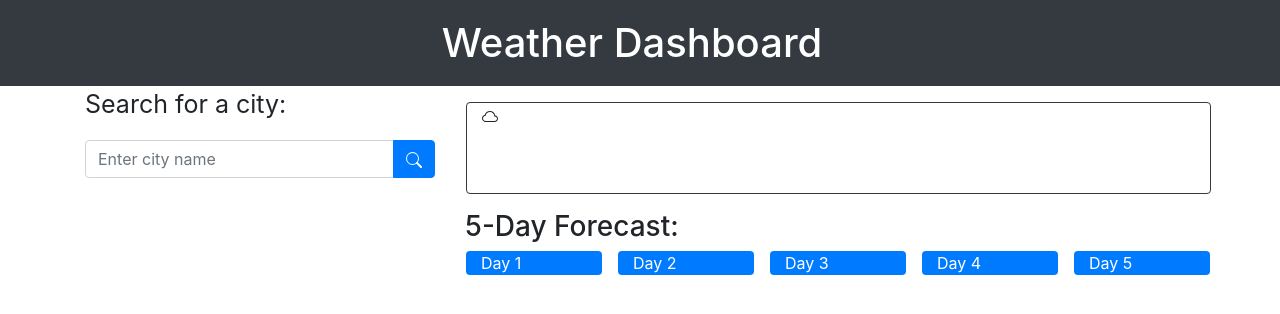
Repository: himaja830/Weather-Dashboard
Page: index.html
An editor plug-in stored every save of this project. The page is shown before and after the next save, followed by the edit.
The browser window is 1280 px wide. The pictures show the whole page.
Some web libraries are served in a nearby version.

Above is the page before, as saved 2020-06-28 20:10:32.

### index.html
<!DOCTYPE html>
<html lang="en">

<head>
    <meta charset="UTF-8">
    <meta name="viewport" content="width=device-width, initial-scale=1.0">
    <title>Weather Dashboard</title>
    <link rel="stylesheet" href="https://stackpath.bootstrapcdn.com/bootstrap/4.5.0/css/bootstrap.min.css"
        integrity="sha384-9aIt2nRpC12Uk9gS9baDl411NQApFmC26EwAOH8WgZl5MYYxFfc+NcPb1dKGj7Sk" crossorigin="anonymous">
    <link rel="stylesheet" href="assets/style.css">
</head>

<body>
    <nav class="navbar navbar-dark bg-dark">
        <span class="navbar-brand mb-0 h1 w-100 text-center">Weather Dashboard</span>
    </nav>
    <div class="container">
        <div class="row">
            <div class="col-4">
                <p class="searchHeader">Search for a city:</p>
                <div class="input-group mb-3">
                    <input id="city-input" type="text" class="form-control" placeholder="Enter city name"
                        aria-label="Enter city name">
                    <div class="input-group-append">
                        <button class="btn btn-primary" type="button" id="button-addon2">
                            <svg width="1em" height="1em" viewBox="0 0 16 16" class="bi bi-search" fill="currentColor"
                                xmlns="http://www.w3.org/2000/svg">
                                <path fill-rule="evenodd"
                                    d="M10.442 10.442a1 1 0 0 1 1.415 0l3.85 3.85a1 1 0 0 1-1.414 1.415l-3.85-3.85a1 1 0 0 1 0-1.415z" />
                                <path fill-rule="evenodd"
                                    d="M6.5 12a5.5 5.5 0 1 0 0-11 5.5 5.5 0 0 0 0 11zM13 6.5a6.5 6.5 0 1 1-13 0 6.5 6.5 0 0 1 13 0z" />
                            </svg>
                        </button>
                    </div>
                </div>
                <form id="searchHistory"></form>
            </div>
            <div class="col-8">
                <div class="row mr-0">
                    <div class="col-12 border border-dark m-3 rounded">
                        <div class="row">
                            <div class="col-12">
                                <span id="city-name" class="city-name align-middle"></span>
                                <svg width="1em" height="1em" viewBox="0 0 16 16" class="bi bi-cloud" fill="currentColor" xmlns="http://www.w3.org/2000/svg">
                                    <path fill-rule="evenodd" d="M4.406 3.342A5.53 5.53 0 0 1 8 2c2.69 0 4.923 2 5.166 4.579C14.758 6.804 16 8.137 16 9.773 16 11.569 14.502 13 12.687 13H3.781C1.708 13 0 11.366 0 9.318c0-1.763 1.266-3.223 2.942-3.593.143-.863.698-1.723 1.464-2.383zm.653.757c-.757.653-1.153 1.44-1.153 2.056v.448l-.445.049C2.064 6.805 1 7.952 1 9.318 1 10.785 2.23 12 3.781 12h8.906C13.98 12 15 10.988 15 9.773c0-1.216-1.02-2.228-2.313-2.228h-.5v-.5C12.188 4.825 10.328 3 8 3a4.53 4.53 0 0 0-2.941 1.1z"/>
                                  </svg>

                             </div>
                        </div>
                        <div class="row">
                            <div class="col-12">
                                <p id="temperature"></p>
                            </div>
                        </div>
                        <div class="row">
                            <div class="col-12">
                                <p id="humidity"></p>
                            </div>
                        </div>
                        <div class="row">
                            <div class="col-12">
                                <p id="wind-speed"></p>
                            </div>
                        </div>
                        <div class="row">
                            <div class="col-12 d-flex">
                                <p id="UV-index"></p>
                            </div>
                        </div>
                    </div>
                </div>
                <div class="row">
                    <div class="col-12">
                        <h3>5-Day Forecast:</h3>
                    </div>
                </div>
                <div class="row">
                    <div class="col forecast bg-primary text-white ml-3 mb-3 rounded"> Day 1</div>
                    <div class="col forecast bg-primary text-white ml-3 mb-3 rounded">Day 2</div>
                    <div class="col forecast bg-primary text-white ml-3 mb-3 rounded">Day 3</div>
                    <div class="col forecast bg-primary text-white ml-3 mb-3 rounded">Day 4</div>
                    <div class="col forecast bg-primary text-white ml-3 mb-3 rounded">Day 5</div>
                </div>
            </div>
        </div>
    </div>
    <script src="https://cdnjs.cloudflare.com/ajax/libs/moment.js/2.20.1/moment.min.js"></script>
    <script src="https://cdnjs.cloudflare.com/ajax/libs/jquery/3.2.1/jquery.min.js"></script>
    <script src="assets/script.js"></script>
</body>

</html>

### assets/style.css
.navbar-brand{
    font-size:40px;
}
.searchHeader{
    font-size: 25px;
}

### assets/script.js
$(document).ready(function(){
//getWeatherData function re-renders the HTMLto display the appropriate content
$("#button-addon2").on("click",function(event) {
    event.preventDefault();
var now = moment().format("MMM Do YY");
var cityName = $("#city-input").val();
var apiKey = "5f584dea4905bdcfd827fd723b8f4edf";
var queryURL = "https://api.openweathermap.org/data/2.5/weather?q=" +cityName+"&units=imperial&appid=" + apiKey;
//Creating an AJAX call forthe specific search button being clicked
$.ajax({
    url: queryURL,
    method: "GET"
}).then(function(response){
   var input = $("#city-name").html("<h1>"+response.name+"("+now+")" +"</h1>");
   $("#city-name").prepend(input);
    $("#temperature").text("Temperature:"+response.main.temp+"°F");
    $("#humidity").text("Humidity:"+response.main.humidity+"%");
    $("#wind-speed").text("Wind Speed:"+response.wind.speed+"MPH");








})




    })
})

After the next save:
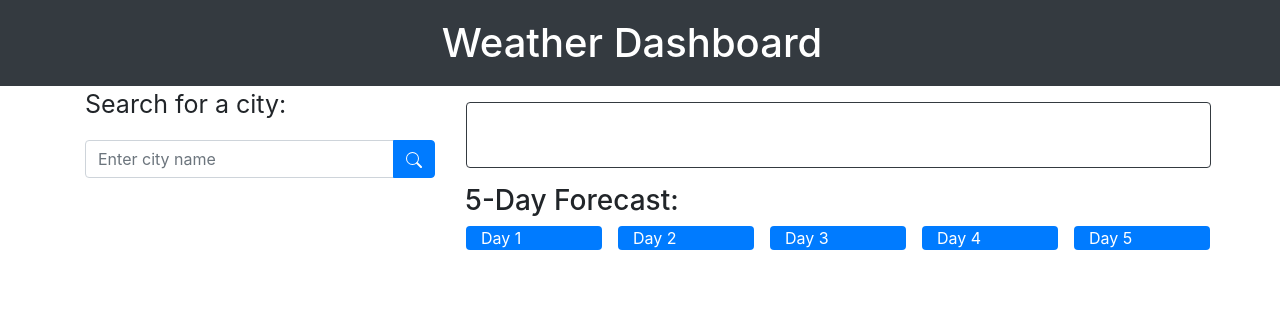
Saved 2 min 42 s later.
--- a/index.html
+++ b/index.html
@@ -41,9 +41,6 @@
                         <div class="row">
                             <div class="col-12">
                                 <span id="city-name" class="city-name align-middle"></span>
-                                <svg width="1em" height="1em" viewBox="0 0 16 16" class="bi bi-cloud" fill="currentColor" xmlns="http://www.w3.org/2000/svg">
-                                    <path fill-rule="evenodd" d="M4.406 3.342A5.53 5.53 0 0 1 8 2c2.69 0 4.923 2 5.166 4.579C14.758 6.804 16 8.137 16 9.773 16 11.569 14.502 13 12.687 13H3.781C1.708 13 0 11.366 0 9.318c0-1.763 1.266-3.223 2.942-3.593.143-.863.698-1.723 1.464-2.383zm.653.757c-.757.653-1.153 1.44-1.153 2.056v.448l-.445.049C2.064 6.805 1 7.952 1 9.318 1 10.785 2.23 12 3.781 12h8.906C13.98 12 15 10.988 15 9.773c0-1.216-1.02-2.228-2.313-2.228h-.5v-.5C12.188 4.825 10.328 3 8 3a4.53 4.53 0 0 0-2.941 1.1z"/>
-                                  </svg>
 
                              </div>
                         </div>

After the save that followed:
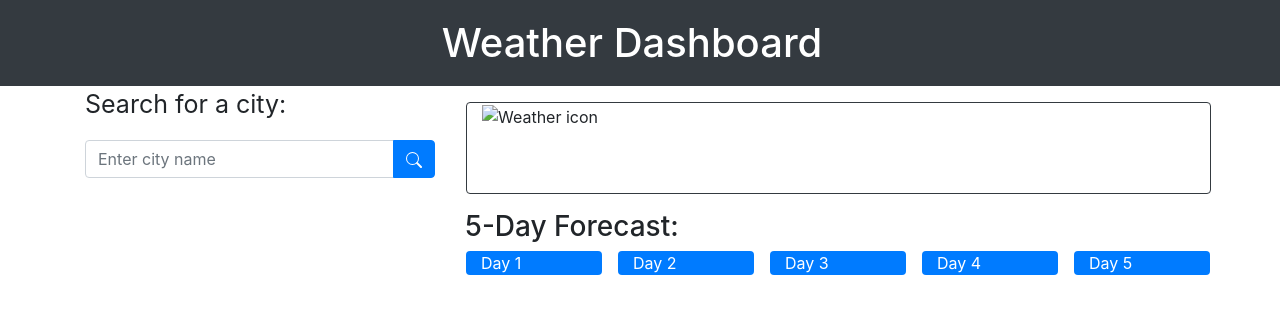
Saved 3 min 32 s later.
--- a/index.html
+++ b/index.html
@@ -41,6 +41,7 @@
                         <div class="row">
                             <div class="col-12">
                                 <span id="city-name" class="city-name align-middle"></span>
+                                <img id="wicon" src="" alt="Weather icon">
 
                              </div>
                         </div>
